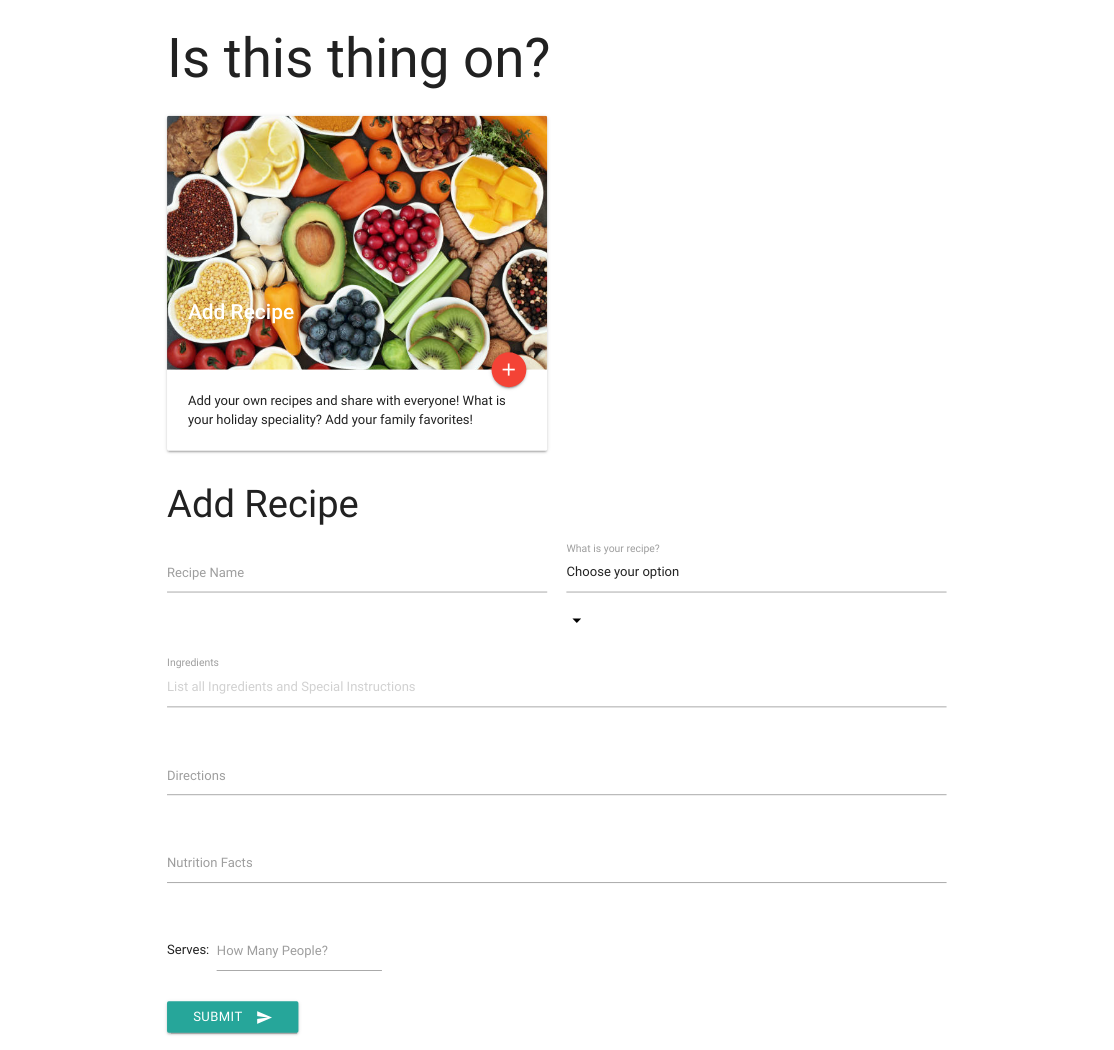
Repository: callendera/MilestoneProject3
Page: http://localhost/
The author's editor kept a record of every edit. The page is drawn from the files as they stood at one moment, then again after the next edit.
The browser window is 1280 px wide. The pictures show the whole page, at 87% of full size.
The page is served by the project's application, run on Flask 3 (recipe.py). Queries for data that is not in the repository find no rows.

Above is the page before.

### templates/recipes.html
{% extends 'base.html' %} {% block content %}

<div class="row">
    <div class="col s12 m6">
        <div class="card add-recipe-card-height-width">
            <div class="card-image">
                <img src="static/images/food.jpg">
                <span class="card-title"><p><strong>Add Recipe</strong></p></span>
                <a class="btn-floating halfway-fab waves-effect waves-light red"><i class="material-icons">add</i></a>
            </div>
            <div class="card-content">
                <p>Add your own recipes and share with everyone! What is your holiday speciality? Add your family favorites!</p>
            </div>
        </div>
    </div>
</div>



<!---FROM TUTOR CONVERSTAION PASTED TO WORD!!!! adjust column size to have the 3x2 layout-->
{% for recipes in from_scratch %}

<div class="col4  my-flow-text">

    <div class="card card-height-width">
        <div class="card-image">
            <img src="static/images/food.jpg">
            <span class="card-title"><p>
                            <strong>{{recipes.recipe_name}}</strong>
                        </p></span>

        </div>
        <div class="card-content">
            <p>
                Serves: {{recipes.serves}}
            </p>
            <ul class="collapsible">

                <li>
                    <div class="collapsible-header"><i class="material-icons">local_dining</i>Ingredients</div>
                    <div class="collapsible-body"><span>
                     {{recipes.ingredients0}}
                </span></div>
                </li>
                <li>
                    <div class="collapsible-header"><i class="material-icons">list</i>Directions</div>
                    <div class="collapsible-body"><span>
                        {{recipes.directions0}}
                </span></div>
                </li>
                <li>
                    <div class="collapsible-header"><i class="material-icons">fitness_center</i>Nutrition</div>
                    <div class="collapsible-body"><span>
                    {{recipes.nutrition0}}
                </span></div>
                </li>

            </ul>
        </div>

    </div>

</div>


{% endfor %}
<h3>Add Recipe</h3>
<div class="row">
    <form class="col s12" action="{{ url_for('get_recipes') }}" method=','>
        <div class="row">
            <div class="input-field col s6">
                <input id="recipe_name" name="recipe_name" type="text" class="validate">
                <label for="recipe_name">Recipe Name</label>
            </div>

            <div class="input-field col s6">
                <select id="recipe_type" name="recipe_type">
                  <option value="" disabled selected>Choose your option</option>
                  <option name="recipe_type" value="1">Vegetarian</option>
                  <option  name="recipe_type" value="2">Chicken</option>
                  <option  name="recipe_type" value="3">Beef</option>
                  <option  name="recipe_type" value="3">Vegan</option>
                  <option  name="recipe_type" value="3">Fish</option>
                  <option  name="recipe_type" value="3">Pork</option>
                </select>
                <label>What is your recipe?</label>
            </div>
        </div>
        <div class="row">
            <div class="input-field col s12">
                <input placeholder="List all Ingredients and Special Instructions" name="ingredients0" id="ingredients0" type="text" class="validate">
                <label for="ingredients0">Ingredients</label>
            </div>
        </div>
        <div class="row">
            <div class="input-field col s12">
                <input id="directions0" name="directions0" type="text" class="validate">
                <label for="directions0">Directions</label>
            </div>
        </div>
        <div class="row">
            <div class="input-field col s12">
                <input id="nutrition0" name="nutrition0" type="text" class="validate">
                <label for="nutrition0">Nutrition Facts</label>
            </div>
        </div>
        <div class="row">
            <div class="col s12">
                Serves:
                <div class="input-field inline">
                    <input id="serves" name="serves" type="number" class="validate">
                    <label for="serves">How Many People? </label>

                </div>
            </div>
        </div>
        <button class="btn waves-effect waves-light" type="submit" name="action">Submit
            <i class="material-icons right">send</i>
         </button>
    </form>


    {% endblock %}

### templates/base.html
<!DOCTYPE html>
<html>

<head>
    <link href="https://fonts.googleapis.com/icon?family=Material+Icons" rel="stylesheet">
    <!--link for Icons in Materialize-->

    <!--JQuery needs to be active before Materialize can render its' data-->
    <link rel="stylesheet" href="https://cdnjs.cloudflare.com/ajax/libs/materialize/0.100.2/css/materialize.min.css">

</head>

<body>
    <div class="container">
    <h1>Is this thing on?</h1>
    {% block content %}
    <!--contains any content needed for each page, this give a template for such-->
    {% endblock %}
    </div>
    <script src="https://cdnjs.cloudflare.com/ajax/libs/jquery/3.4.1/jquery.min.js" integrity="sha256-CSXorXvZcTkaix6Yvo6HppcZGetbYMGWSFlBw8HfCJo=" crossorigin="anonymous"></script>
    <script src="https://cdnjs.cloudflare.com/ajax/libs/materialize/1.0.0/js/materialize.min.js"></script>
    <!-- Script to use Materialize functionality-->
    <script type="text/javascript">
        $(document).ready(function() {
            $('.collapsible').collapsible();
            $('select').formSelect();
        });
    </script>
    <!-- script for the collapsibles-->
</body>

</html>

### recipe.py
import os
from flask import Flask, render_template, redirect, request, url_for
from flask_pymongo import PyMongo
from bson.objectid import ObjectId
#sets up application for use with PyMongo, Flask

app = Flask(__name__)
app.config["MONGO_DBNAME"] = 'from_scratch'
#creates link between Database and application
app.config["MONGO_URI"] = os.getenv("MONGO_URI")

#creates application to be tested

mongo = PyMongo(app)

@app.route('/')

@app.route('/get_recipes')
#Display text as proof of concept
def get_recipes():
    from_scratch = mongo.db.recipes.find()
    return render_template( "recipes.html", from_scratch=from_scratch)

@app.route('/add_recipes')
def add_recipes():
    from_scratch = mongo.db.recipes.find()
    return render_template( "recipes.html")






if __name__ == '__main__':
    app.run(host=os.environ.get('IP'),
            port=int(os.environ.get('PORT')),
            debug=True)
#So they know how and where to run application

### static/css/style.css
.card-height-width {
    height: 525px;
    width: 400px;
}

.add-recipe-card-height-width {
    height: 400px;
    width: 400px;
}

After the next edit:
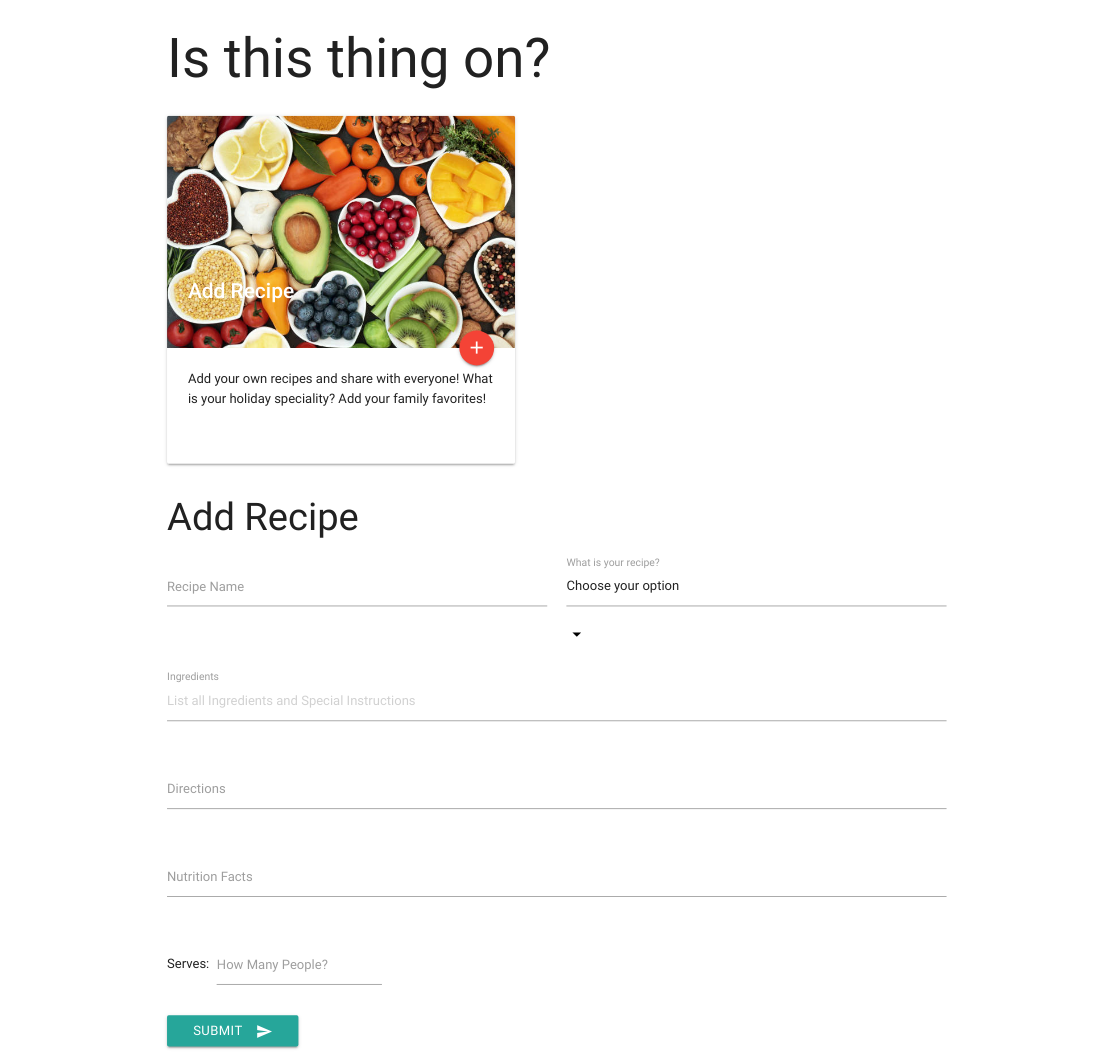
The edit:
--- a/templates/base.html
+++ b/templates/base.html
@@ -7,7 +7,7 @@
 
     <!--JQuery needs to be active before Materialize can render its' data-->
     <link rel="stylesheet" href="https://cdnjs.cloudflare.com/ajax/libs/materialize/0.100.2/css/materialize.min.css">
-
+    <link rel="stylesheet" href="{{url_for('static',filename='css/style.css')}}" type="text/css" />
 </head>
 
 <body>
